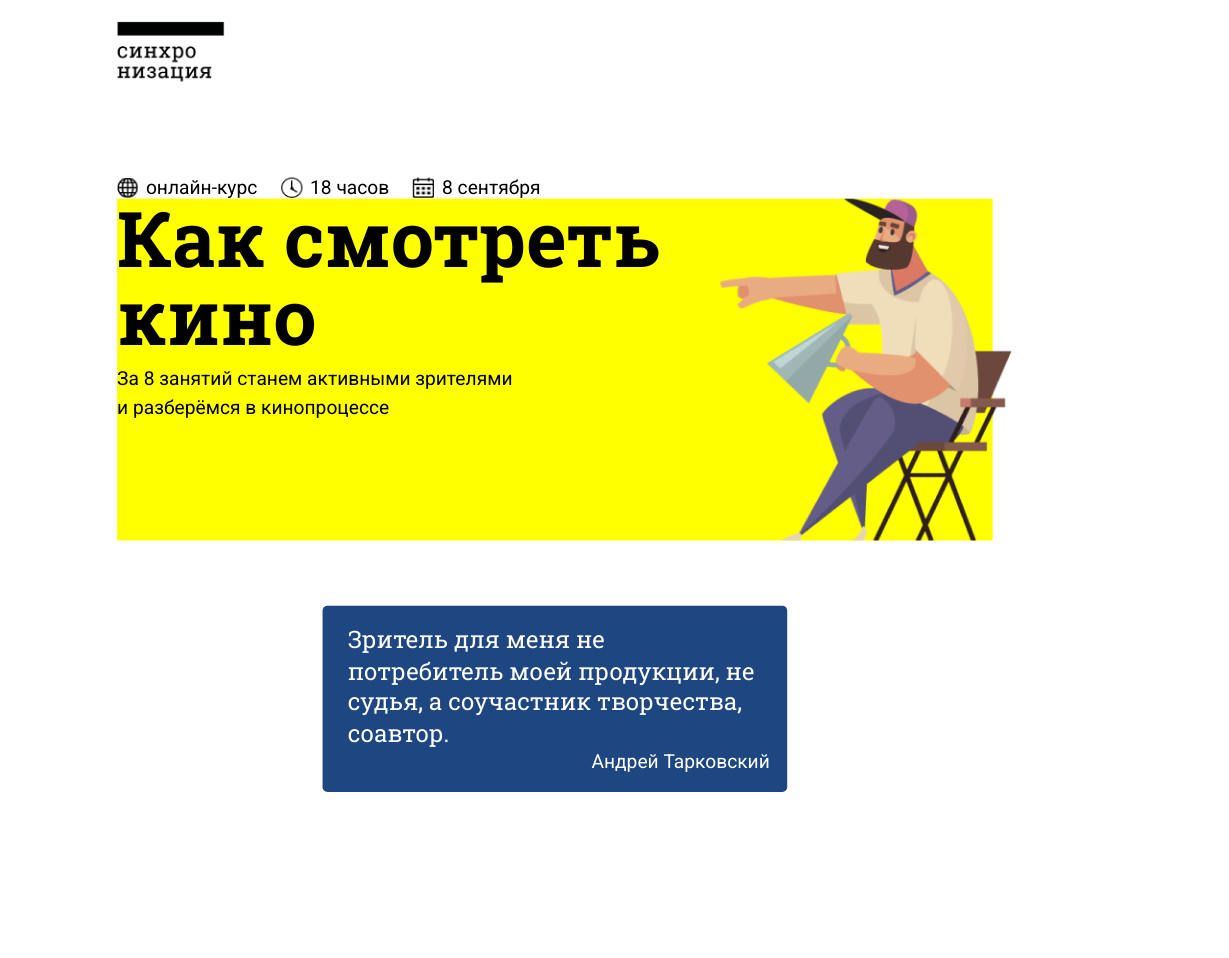
Repository: simralgasimov/task5
Page: index.html
These files come from the project's save history. The page is drawn as it stood at one moment and after the next save; the edit follows.
The browser window is 1280 px wide. The pictures show the whole page, at 96% of full size.

Above is the page before, as saved 2023-08-28 13:36:38.

### index.html
<!DOCTYPE html>
<html lang="en">
  <head>
    <meta charset="UTF-8" />
    <meta name="viewport" content="width=device-width, initial-scale=1.0" />
    <title>Document</title>
    <link rel="stylesheet" href="index.css" />
  </head>
  <body>
    <div class="container">
      <div class="logo">
        <img src="./img/logo_mobile_black 1 (1).png" alt="" />
      </div>
      <div class="headline">
        <div>
          <img src="./img/globe.svg" alt="" />
          <p>онлайн-курс</p>
        </div>
        <div>
          <img src="./img/img_135744.png" alt="" />
          <p>18 часов</p>
        </div>
        <div>
          <img src="./img/calendar_2.png" alt="" />
          <p>8 сентября</p>
        </div>
      </div>

      <div class="box">
        <div>
          <h1>
            Как смотреть кино
          </h1>
          <p>
            За 8 занятий станем активными зрителями и разберёмся в кинопроцессе
          </p>
        </div>


        <img src="./img/noroot 1.png" alt="" />
      </div>

      <div class="box2">
        <p class="p-1">
          Зритель для меня не потребитель моей продукции, не судья, а соучастник
          творчества, соавтор.
        </p>
        <p class="p-2">Андрей Тарковский</p>
      </div>
    </div>
  </body>
</html>

### index.css
@import url('https://fonts.googleapis.com/css2?family=Roboto&family=Roboto+Slab:wght@400;700&display=swap');

* {
  padding: 0;
  margin: 0;
  box-sizing: border-box;
}

.container {
  padding: 21px 246px 173px 122px;
}

.logo {
  width: 112px;
  height: 66px;
}

.headline {
  display: flex;
  margin-top: 97px;
}
.headline div {
  display: flex;
  align-items: center;
  margin-right: 25px;
}
.headline p {
  color: #000;
  font-family: Roboto;
  font-size: 20px;
  font-style: normal;
  font-weight: 400;
  line-height: 115%;
}

.headline img:first-child {
  margin-right: 8px;
  width: 22px;
  height: 21px;
}

.headline img:nth-child(3) {
  margin-right: 8px;
  width: 22px;
  height: 22px;
}

.headline img:nth-child(5) {
  margin-right: 13px;
  width: 20px;
  height: 22px;
}

.box {
  display: flex;
  /* padding: 29px; */

  justify-content: space-between;
  background-color: yellow;
}

.box h1 {
  width: 628px;
  color: #000;
  font-family: Roboto Slab;
  font-size: 80px;
  font-style: normal;
  font-weight: 700;
  line-height: 101.385%;
}

.box p {
  margin-top: 10px;
  width: 414px;
  color: #000;
  font-family: Roboto;
  font-size: 20px;
  font-style: normal;
  font-weight: 400;
  line-height: 150%;
}

.box img {
  width: 304px;
  height: 356px;
}

.box2 {
  margin: auto auto auto auto;
  margin-top: 68px;
  padding: 19px 18px 19px 26px;

  width: 483.635px;
  border-radius: 5px;
  background: #1e4681;
}

.box2 .p-1 {
  width: 430.589px;
  color: #fff;
  font-family: Roboto Slab;
  font-size: 25px;
  font-style: normal;
  font-weight: 400;
  line-height: 130%;
}
.box2 .p-2{
  color: #FFF;
text-align: right;
font-family: Roboto;
font-size: 20px;
font-style: normal;
font-weight: 400;
line-height: 130%;
}

.box2 p:nth-child(2) {
  padding-left: 200px;
}

After the next save:
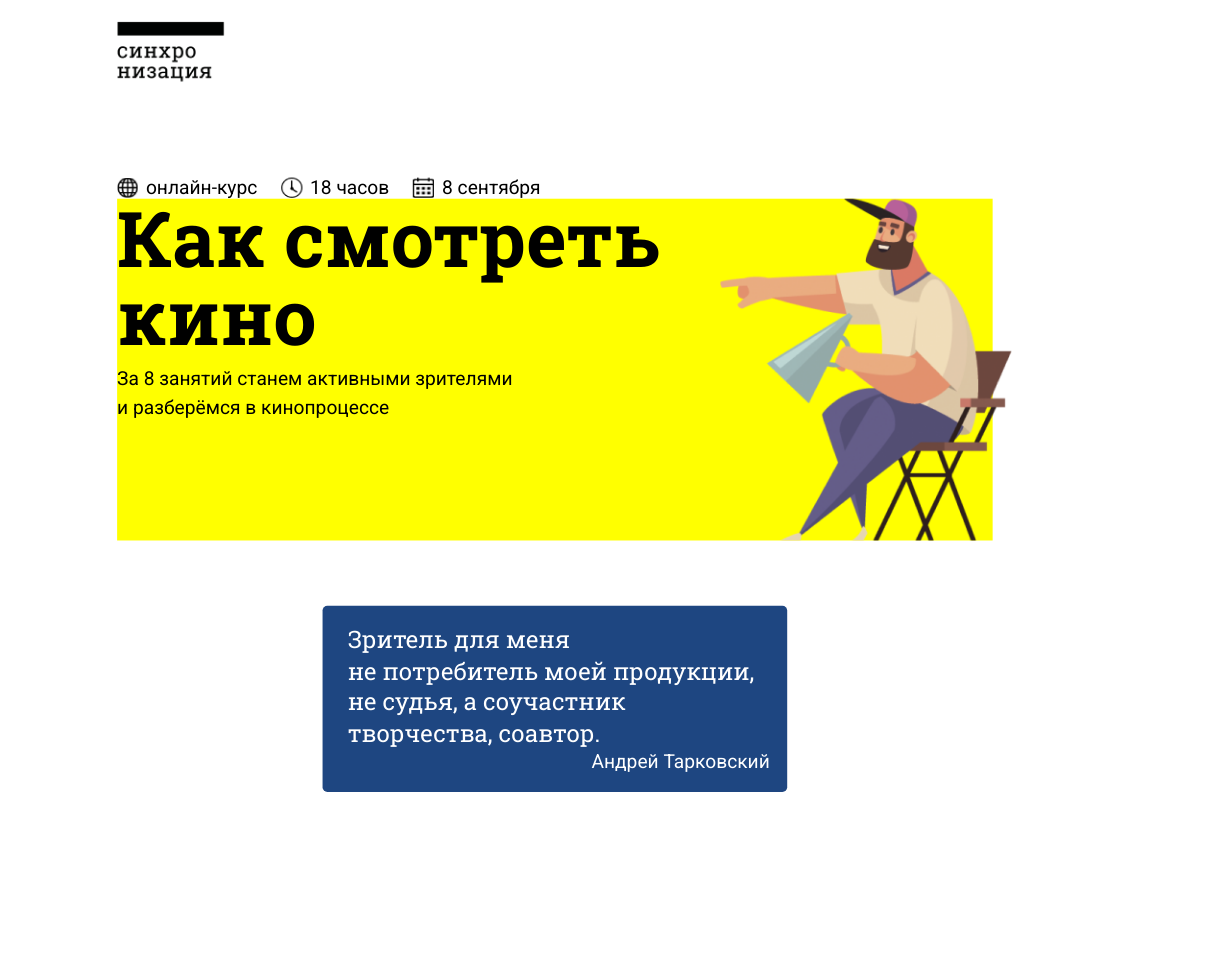
Saved 26 s later.
--- a/index.html
+++ b/index.html
@@ -42,7 +42,7 @@
 
       <div class="box2">
         <p class="p-1">
-          Зритель для меня не потребитель моей продукции, не судья, а соучастник
+          Зритель для меня <br> не потребитель моей продукции, не судья, а соучастник
           творчества, соавтор.
         </p>
         <p class="p-2">Андрей Тарковский</p>
